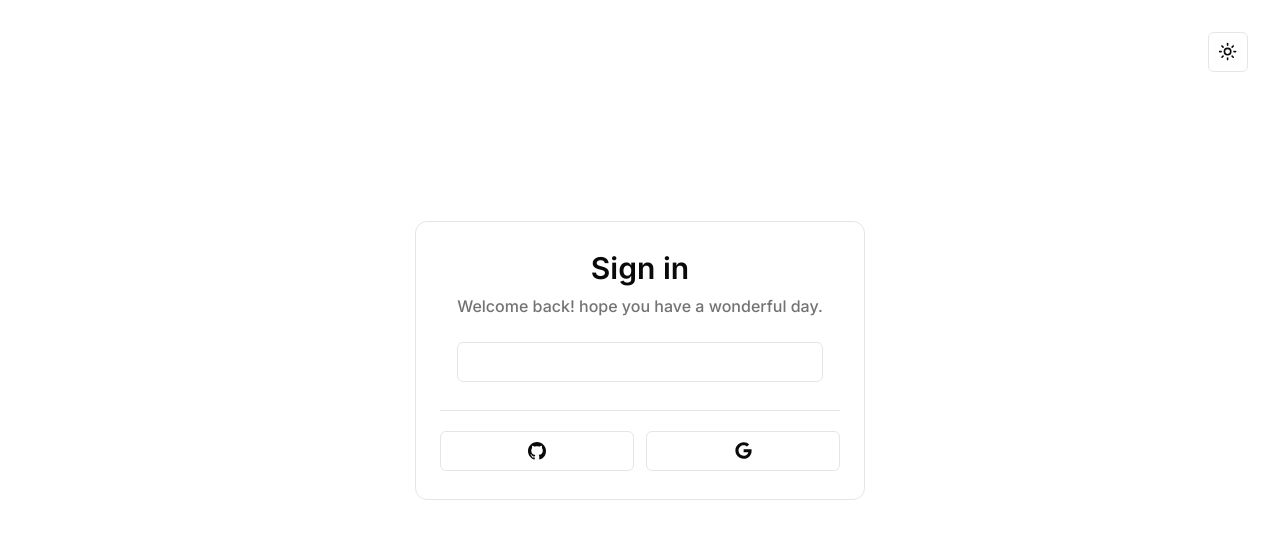
Repository: nickgoel31/authentication-toolkit
Page: /sign-in
An editor plug-in stored every save of this project. The page is shown before and after the next save, followed by the edit.
The browser window is 1280 px wide. The pictures show the whole page.
The project was rebuilt for these pictures with package versions that can differ from the ones it lists, and the page was loaded fresh each time. The framework's server and built-in components were replaced by stand-ins that run in the browser. Also part of the build but not shown: next.config.mjs.

Above is the page before, as saved 2024-02-04 13:38:36.

After the next save:
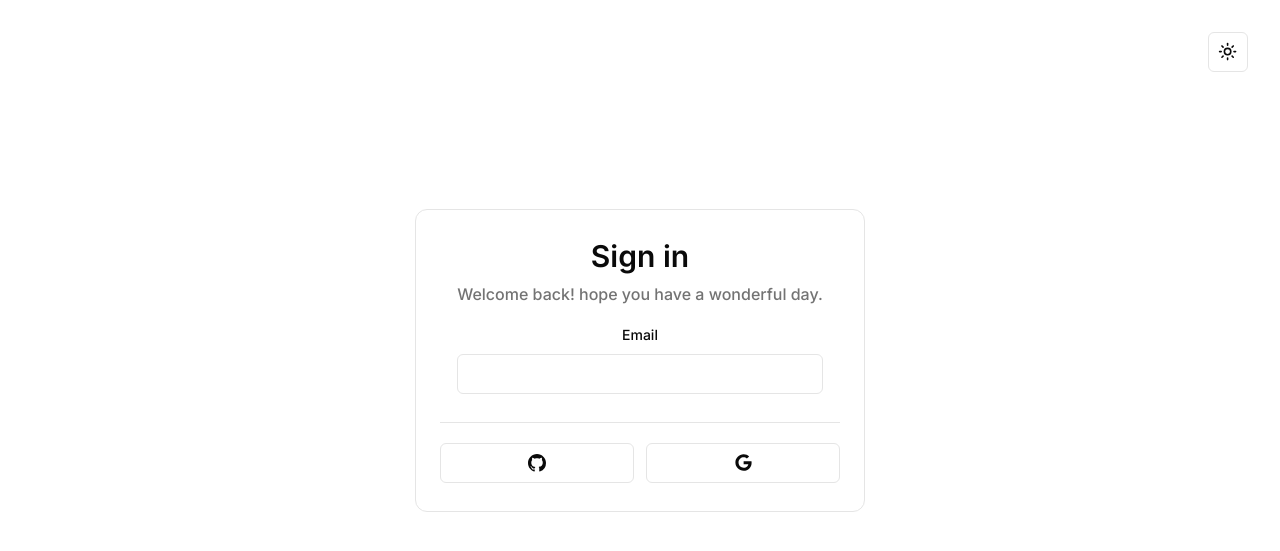
Saved 10 s later.
--- a/components/auth/sign-in-form.tsx
+++ b/components/auth/sign-in-form.tsx
@@ -37,7 +37,7 @@ const SignInForm = () => {
             name="email"
             render={({...field}) => (
             <FormItem>
-                <FormLabel />
+                <FormLabel>Email</FormLabel>
                 <FormControl>
                     <Input type='email'/>
                 </FormControl>
